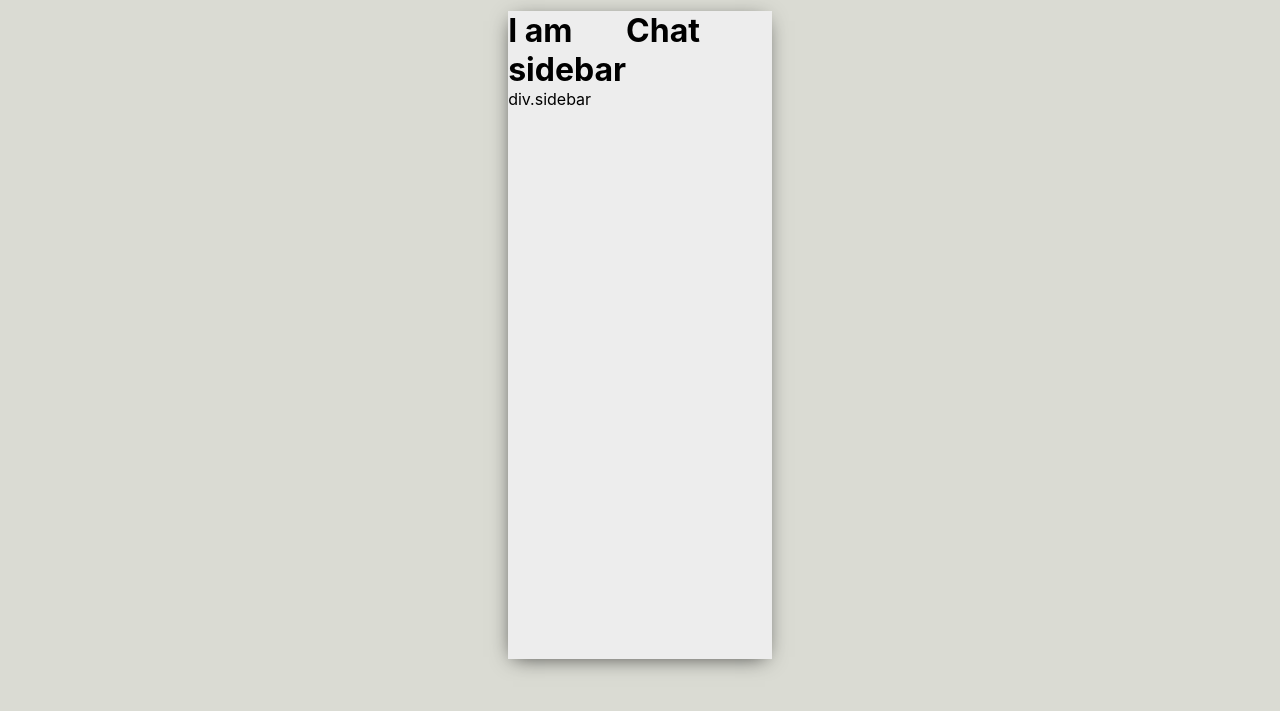
Repository: nadavmza/whatsapp-mern
Page: /
An editor plug-in stored every save of this project. The page is shown before and after a run of saves, followed by the edit.
The browser window is 1280 px wide. The pictures show the whole page.
The project was rebuilt for these pictures with package versions that can differ from the ones it lists, and the page was loaded fresh each time. Also part of the build but not shown: src/Chat.css.

Above is the page before, as saved 2021-12-21 23:51:59.

### src/App.js
import './App.css';
import Chat from './Chat';
import Sidebar from './Sidebar';
import React from "react";

function App() {
  return (

    <div className="app">
      <div className="app_body">
        <Sidebar/>
         <Chat/>
      </div>
    </div>
  );
}

export default App;

### src/App.css
.app{
  display:grid;
  place-items: center;
  height: 100vh;
  background-color:#dadbd3;
}


.app_body{
  display:flex;
  background-color: #ededed;
  margin-top: -50px;
  height: 90vh;
  width:vw;
  box-shadow: -1px 4px 20px -6px rgba(0,0,0,0.75);
}

### src/Chat.js
import React from 'react'
import './Chat.css';

function Chat() {
    return (
        <div>
            <h1>Chat</h1>
        </div>
    )
}

export default Chat

### src/Sidebar.js
import React from 'react'
import "./Sidebar.css"

function Sidebar() {
    return (
        <div className='sidebar'>
            <h1>I am sidebar</h1>
            <div className="sidebar_header">
                div.sidebar
            </div>
        </div>
    )
}

export default Sidebar

### src/Sidebar.css
.sidebar{
    display:flex;
    flex-direction: column;
    flex:0.35;


    /* flex:0.35 means that Chat component take 35 precent
    of the screen */
}

Loaded but not shown: public/index.html (common file); src/index.js (common file); src/index.css (common file); src/reportWebVitals.js (common file)

After the next 2 saves:
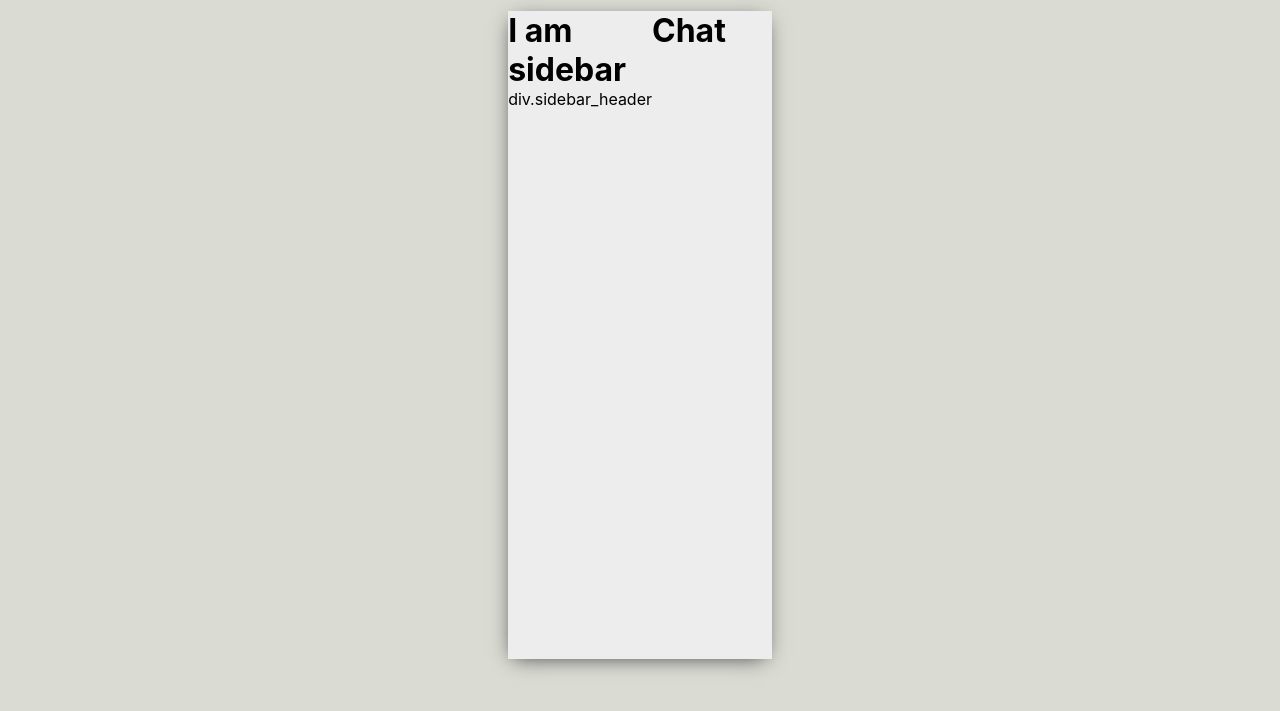
The 2 saves are shown as one change because they came seconds apart.
The last was saved 19 s later.
--- a/src/Sidebar.js
+++ b/src/Sidebar.js
@@ -6,7 +6,7 @@ function Sidebar() {
         <div className='sidebar'>
             <h1>I am sidebar</h1>
             <div className="sidebar_header">
-                div.sidebar
+                div.sidebar_header
             </div>
         </div>
     )
